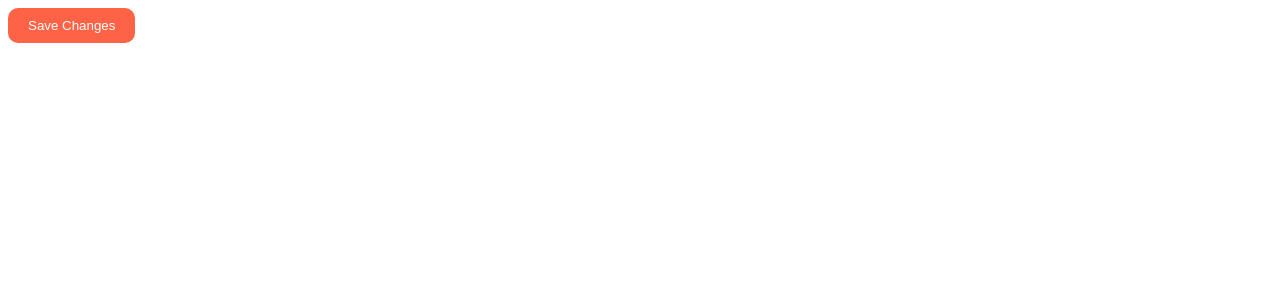
Repository: Leeminsu67/react-principle-study
Page: props_types.html
These files come from the project's save history. The page is drawn as it stood at one moment and after the next save; the edit follows.
The browser window is 1280 px wide. The pictures show the whole page.

Above is the page before, as saved 2024-08-01 23:31:44.

### props_types.html
<!DOCTYPE html>
<html lang="ko">
  <body>
    <div id="root"></div>
  </body>
  <script src="https://unpkg.com/react@17.0.2/umd/react.production.min.js"></script>
  <script src="https://unpkg.com/react-dom@17.0.2/umd/react-dom.production.min.js"></script>
  <script src="https://unpkg.com/@babel/standalone/babel.min.js"></script>
  <script type="text/babel">
    function Btn({ text, fontSize }) {
      return (
        <button
          style={{
            backgroundColor: "tomato",
            color: "white",
            padding: "10px 20px",
            border: 0,
            borderRadius: 10,
            fontSize: { fontSize },
          }}
        >
          {text}
        </button>
      );
    }
    // App 컴포넌트
    const App = () => {
      return (
        <div>
          <Btn text="Save Changes" fontSize={18} />
        </div>
      );
    };

    const root = document.getElementById("root");
    ReactDOM.render(<App />, root);
  </script>
</html>

After the next save:
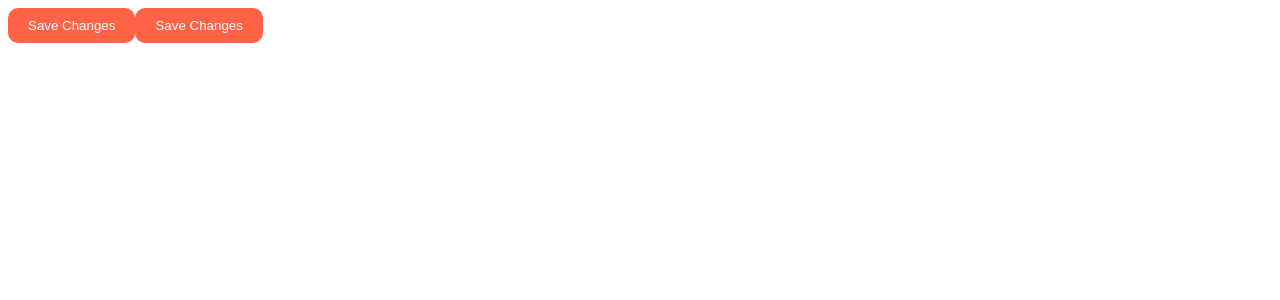
Saved 22 s later.
--- a/props_types.html
+++ b/props_types.html
@@ -28,6 +28,7 @@
       return (
         <div>
           <Btn text="Save Changes" fontSize={18} />
+          <Btn text="Save Changes" fontSize={18} />
         </div>
       );
     };
